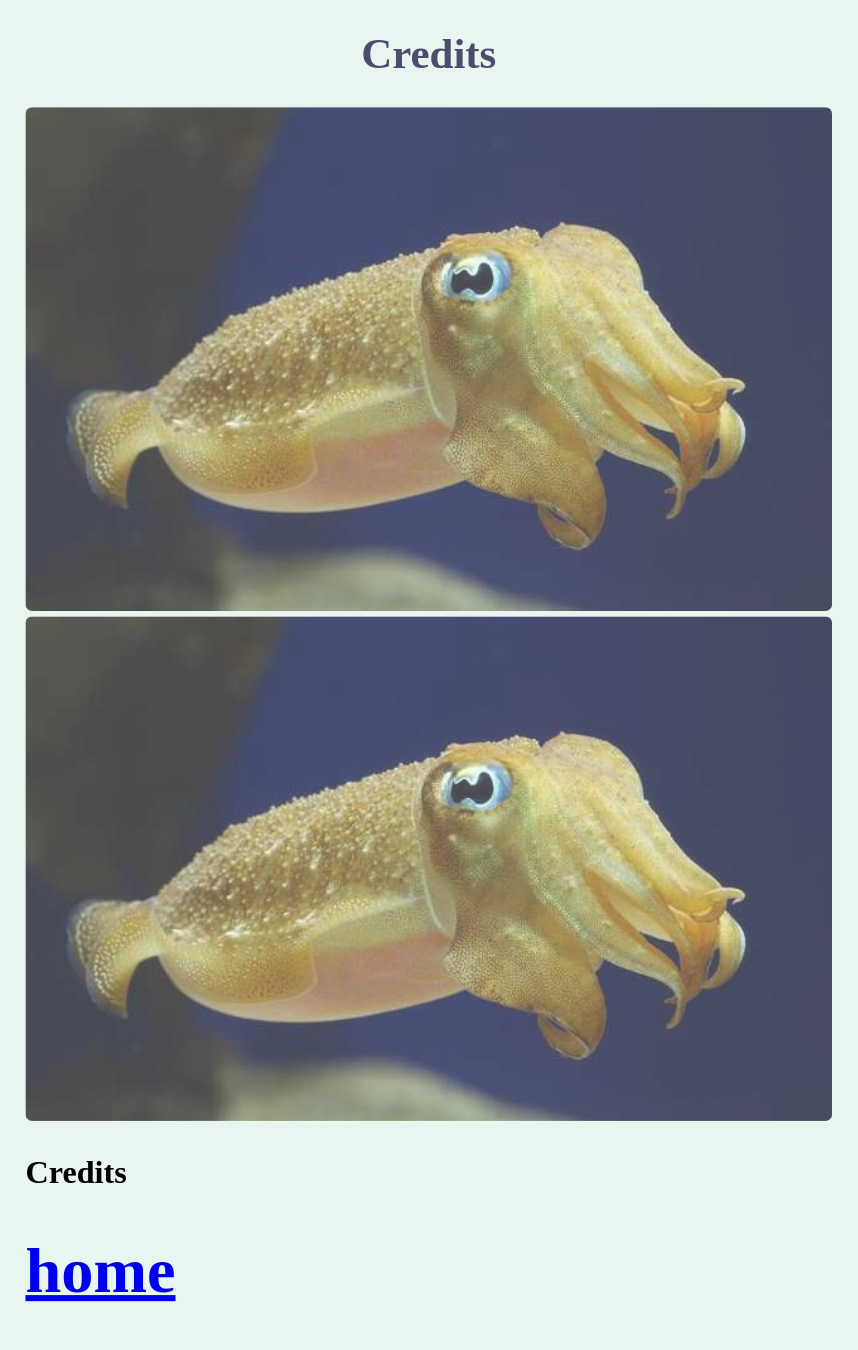
Repository: neomort/comm-lab-vid-site
Page: credits.html
These files come from the project's save history. The page is drawn as it stood at one moment and after the next save; the edit follows.
The browser window is 1280 px wide. The pictures show the whole page, at 67% of full size.

Above is the page before, as saved 2021-09-23 02:52:29.

### credits.html
<!DOCTYPE html>

<head>
<title>Watch the movie</title>
<link rel="icon" href="images/chicken.png"/>
<link rel="stylesheet" href="./css/styles.css" />
</head>

<body class="bg-2">
  <div >
    <h1 class="dark-header text-dark font">Credits<h1>
    <div class="default-margin">
      <div class="row">
        <a class="bar" href="watch.html">
         <div class="container bar">
          <img class="image-1" src="images/cuddle.jpg" />
          <H1 class="font centered-text text-light show">Watch</H1>
        </div>
      </a>
      </div>
      <div class="row">
      <a class="bar" href="links.html">
        <div class="container">
          <img class="image-1" src="images/cuddle.jpg" />
          <H1 class="font centered-text text-light show">Explore</H1>
        </div>
      </a>
      </div>
  <h2>Credits<h2>
    <a href="index.html"><h1>home</h1></a>
  </div>
  </div>
</body>

### css/styles.css
/* background colors */
/* color scheme */
.bg-1 {
  /* Yellow */
  background: #FFE194;
}

.bg-2 {
  /* Light */
  background: #E8F6EF;
}

.bg-3 {
  /* medium */
  background: #B8DFD8;
}

.bg-4 {
  /* dark */
  background: #4C4C6D;
}

.text-light {
  /* Light */
  color: #E8F6EF;
}

.text-dark {
  /* dark */
  color: #4C4C6D;
}

.font {
  font-family: Poppins;
}



/* flex properties */

.row {
  display: flex;
}

.column {
  flex: 50%;
  padding: 10px;
}

.column-2 {
  flex: 50%;
  padding: 10px;
  align-content: end;
}

.default-margin{
  margin: 30px;

}

/* fancy container button */

.container {
  position: relative;
  text-align: center;
  opacity: 70%;
  transition: 0.3s;
}

.container img{
  border-radius: 10px;
  width: 100%;
  opacity: 100%;
  transition: 0.3s;
}

.container:hover {
  position: relative;
  text-align: center;
  opacity: 100%;
  transition: 0.3s;
}

.container:hover .show{
  opacity: 1;
}

.show {
  opacity: 0;
  transition: 0.3s;
}

/* iframe box */

.frame {
  padding-top: 56.25%;
  position:relative;
}

.bar {
  width: 100%;
}

.dark-header {
  font-size: 4em;
  position: relative;
  text-align: center;

}


/* .drop-container{
  object-fit: cover;
  position: relative;
  text-align: center;
  opacity: 70%;
  transition: 0.3s;
}

.image-2{
  object-fit: cover;
  border-radius: 10px;
  width: 1000px;
  opacity: 100%;

  transition: 0.3s;
}

.drop-container:hover .image-2{
  object-fit: cover;
  border-radius: 10px;
  width: 100%;
  opacity: 100%;
  height: 300px;
  transition: 0.3s;
} */







.centered-text {
  position: absolute;
  top: 50%;
  left: 50%;
  transform: translate(-50%, -50%);
}

After the next save:
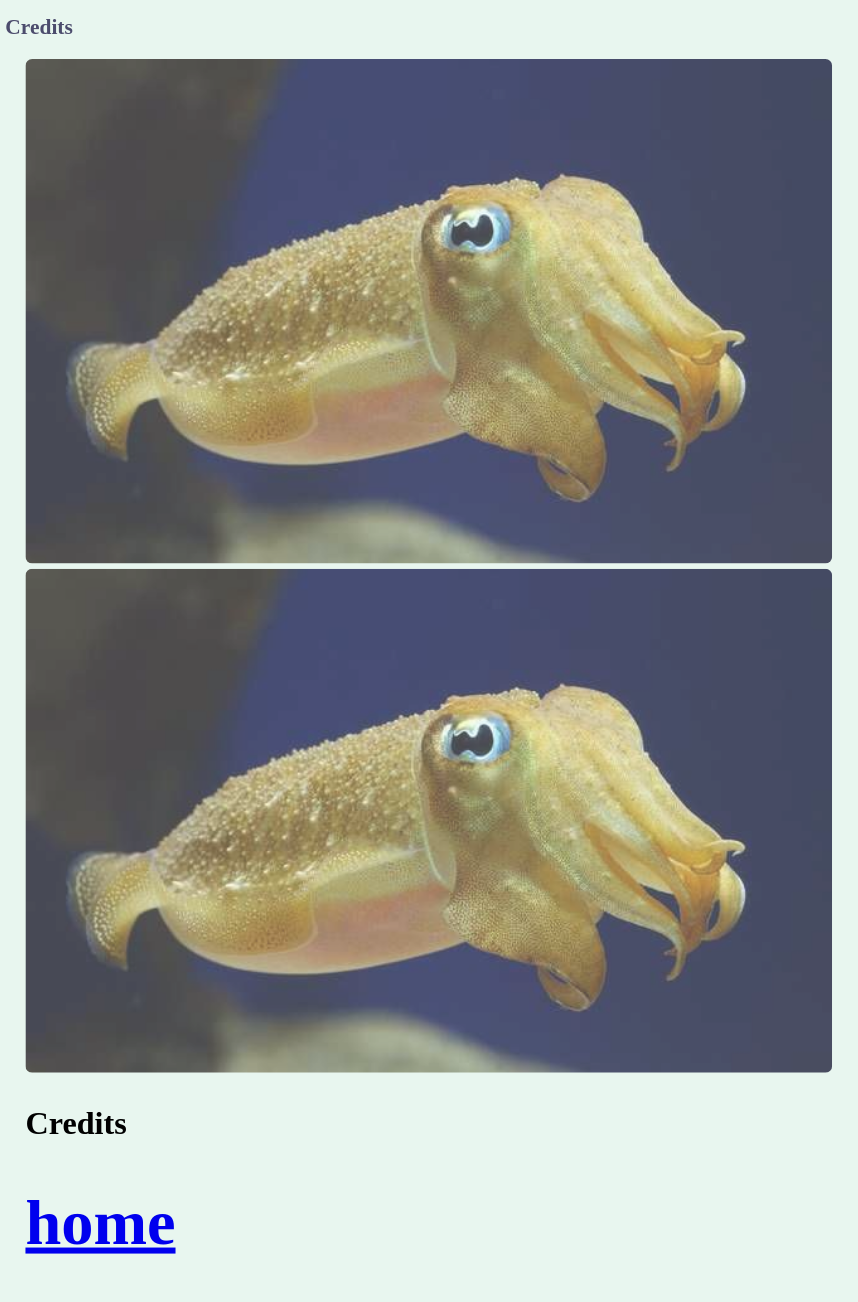
Saved 31 s later.
--- a/css/styles.css
+++ b/css/styles.css
@@ -101,7 +101,7 @@
   width: 100%;
 }
 
-.dark-header {
+.header-text {
   font-size: 4em;
   position: relative;
   text-align: center;

After the save that followed:
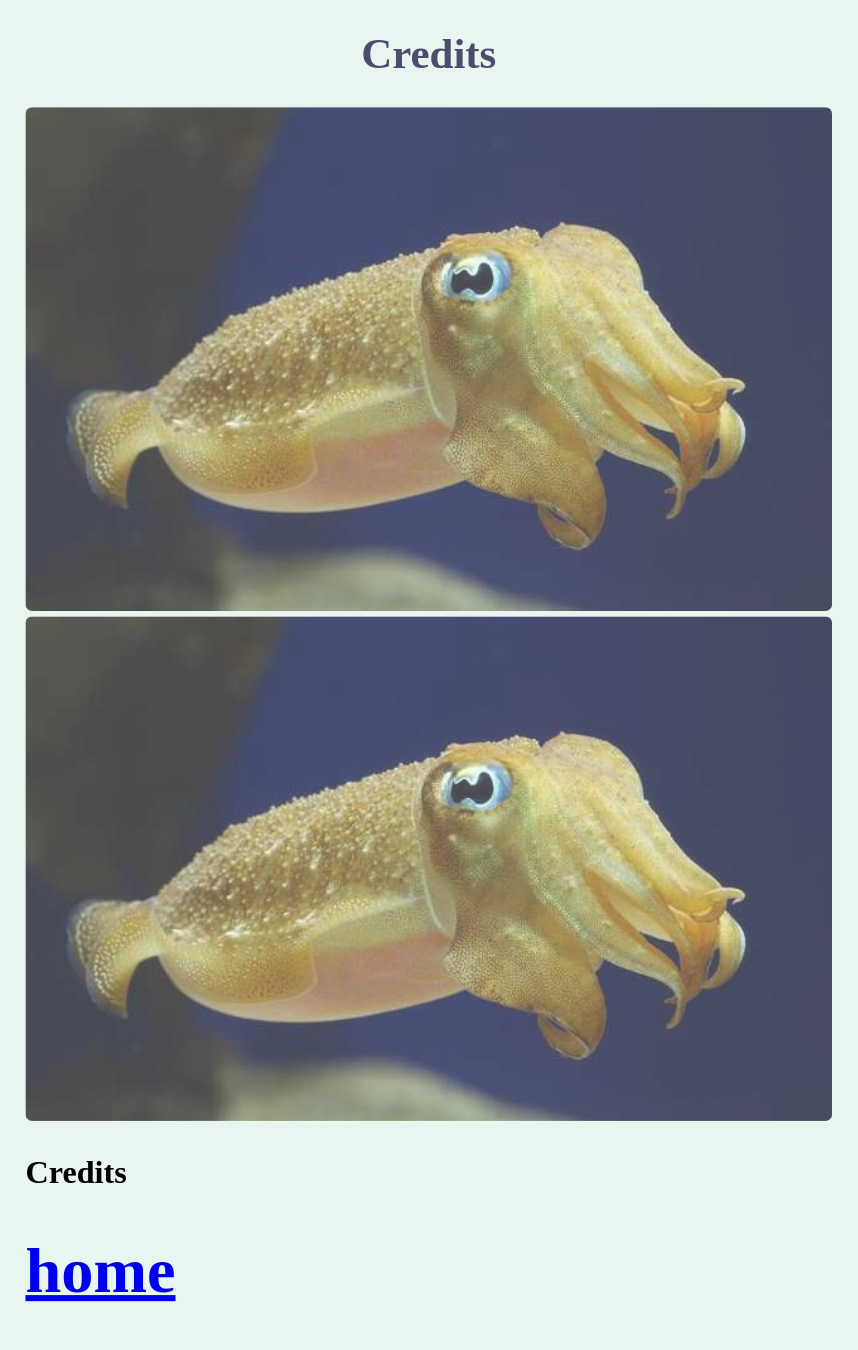
Saved 13 s later.
--- a/credits.html
+++ b/credits.html
@@ -8,7 +8,7 @@
 
 <body class="bg-2">
   <div >
-    <h1 class="dark-header text-dark font">Credits<h1>
+    <h1 class="header-text text-dark font">Credits<h1>
     <div class="default-margin">
       <div class="row">
         <a class="bar" href="watch.html">
